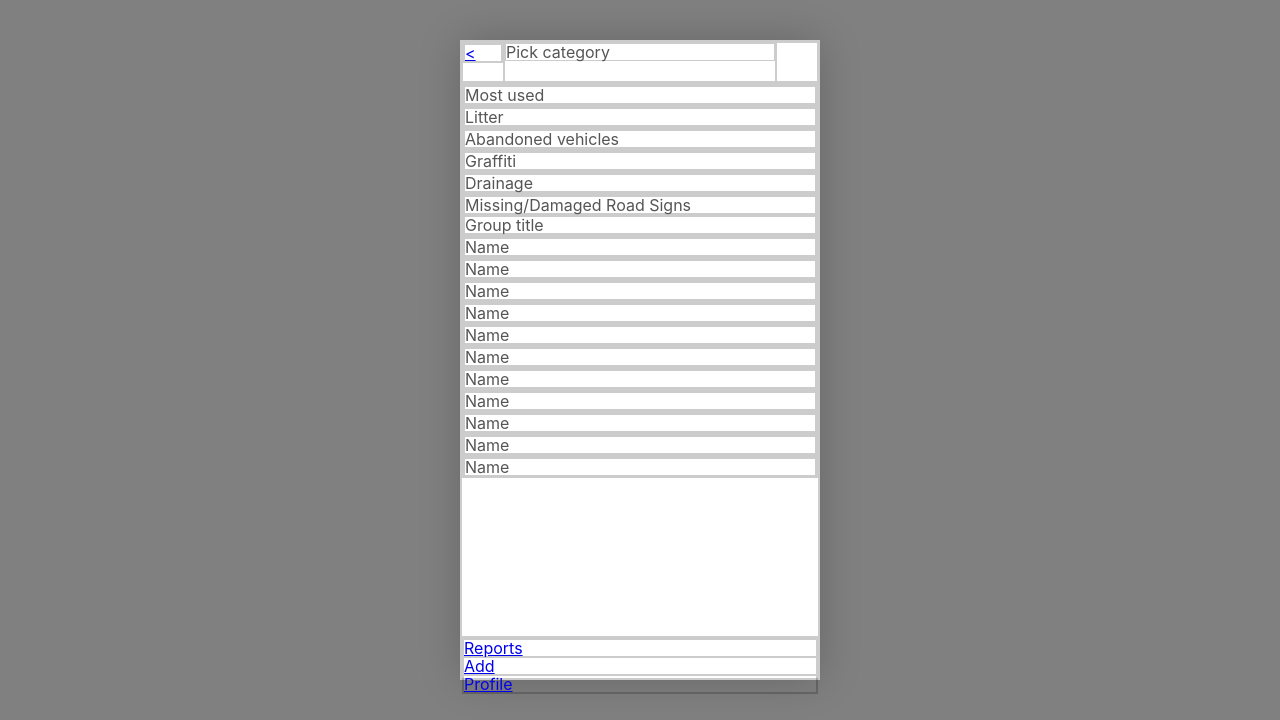
Repository: aleksandrenko/html-css-playground
Page: add report.html
The author's editor kept a copy of each file at every save. The page is drawn from the files as they stood at one save, then again after the next save.
The browser window is 1280 px wide. The pictures show the whole page.

Above is the page before, as saved 2018-01-18 17:47:16.

After the next save:
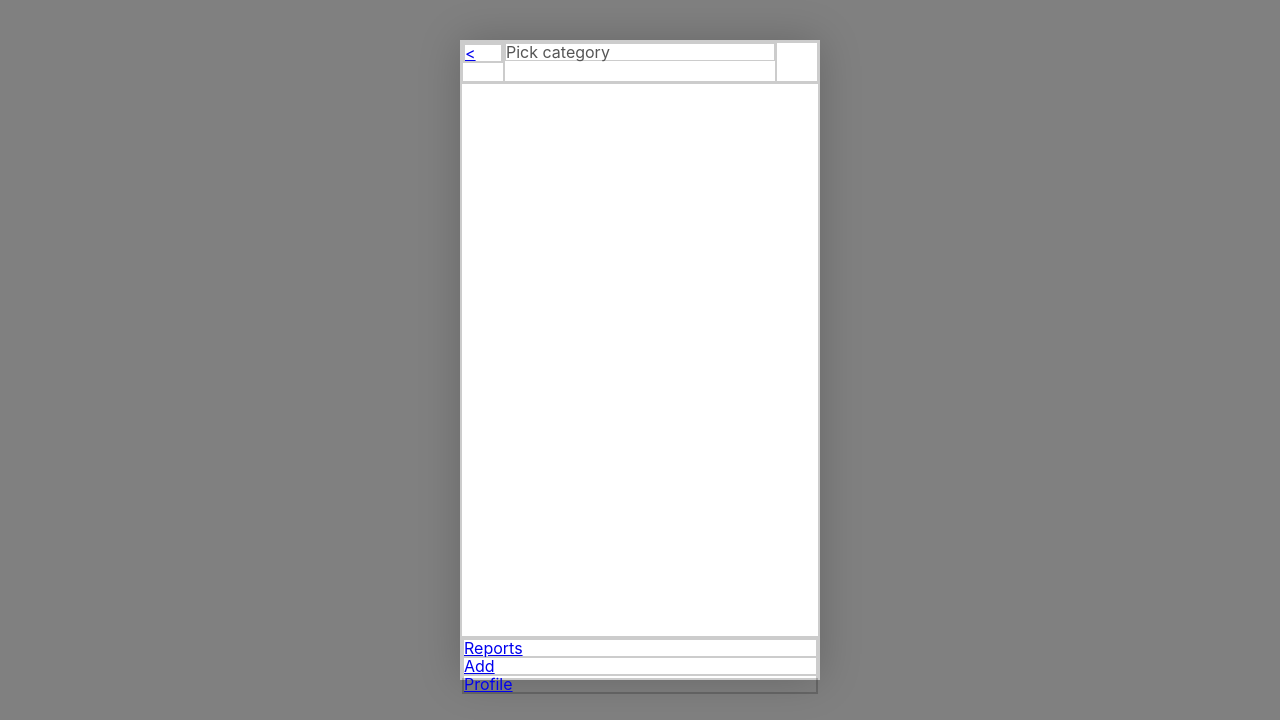
Saved 22 s later.
--- a/add report.html
+++ b/add report.html
@@ -20,7 +20,7 @@
     <right></right>
   </header>
   <main>
-    <categorys>
+    <categories>
       <group>
         <title>Most used</title>
         <category>
